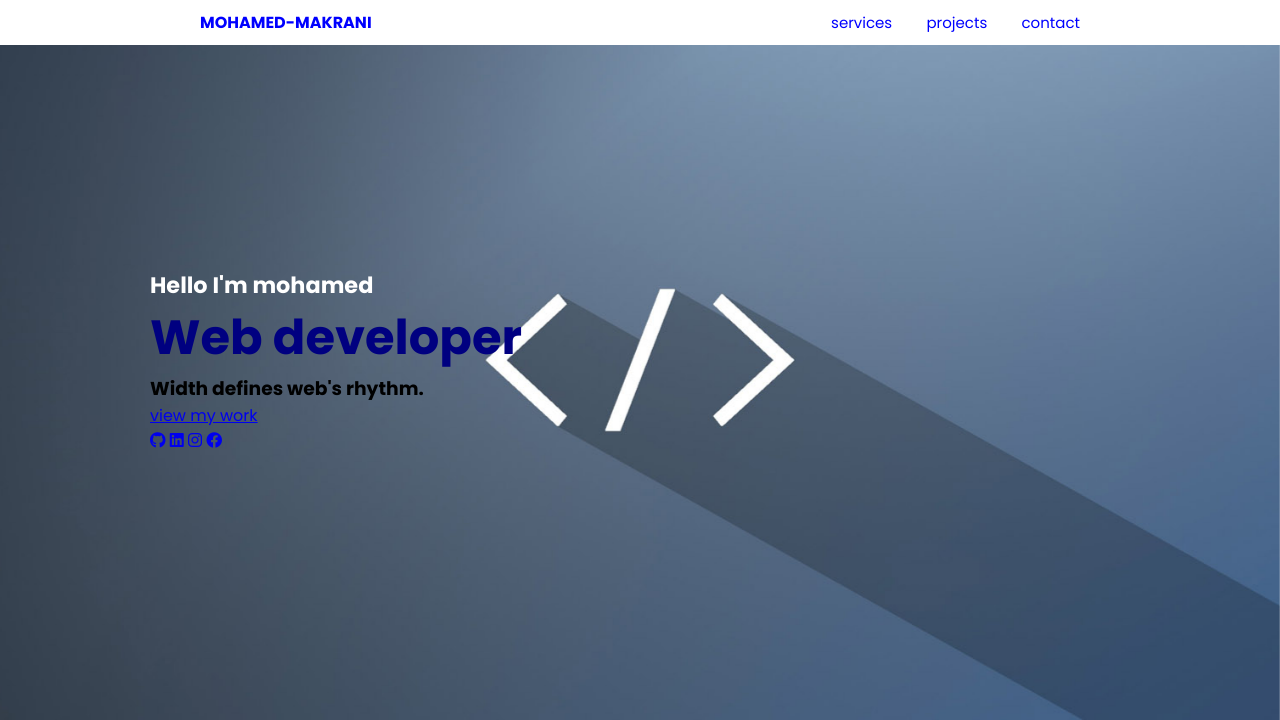
Repository: mohamed-makrani/Portfolio
Page: indixe.html
The author's editor kept a copy of each file at every save. The page is drawn from the files as they stood at one save, then again after the next save.
The browser window is 1280 px wide. The pictures show the whole page.

Above is the page before, as saved 2023-09-16 14:21:28.

After the next save:
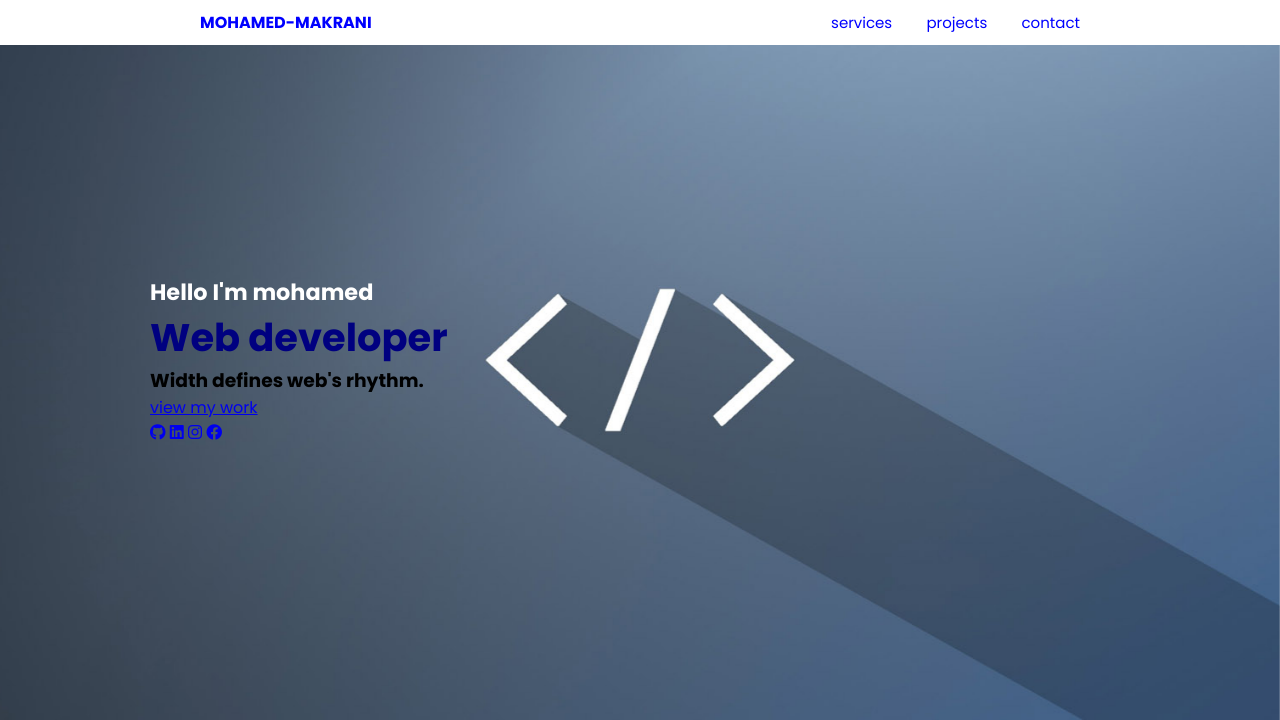
Saved 17 s later.
--- a/style.css
+++ b/style.css
@@ -69,6 +69,6 @@ color: blueviolet;
  .main h1 {
 
    color:#000080;
-   font-size: 3em;
+   font-size: 2.4em;
    font-weight: 500px;
  }
